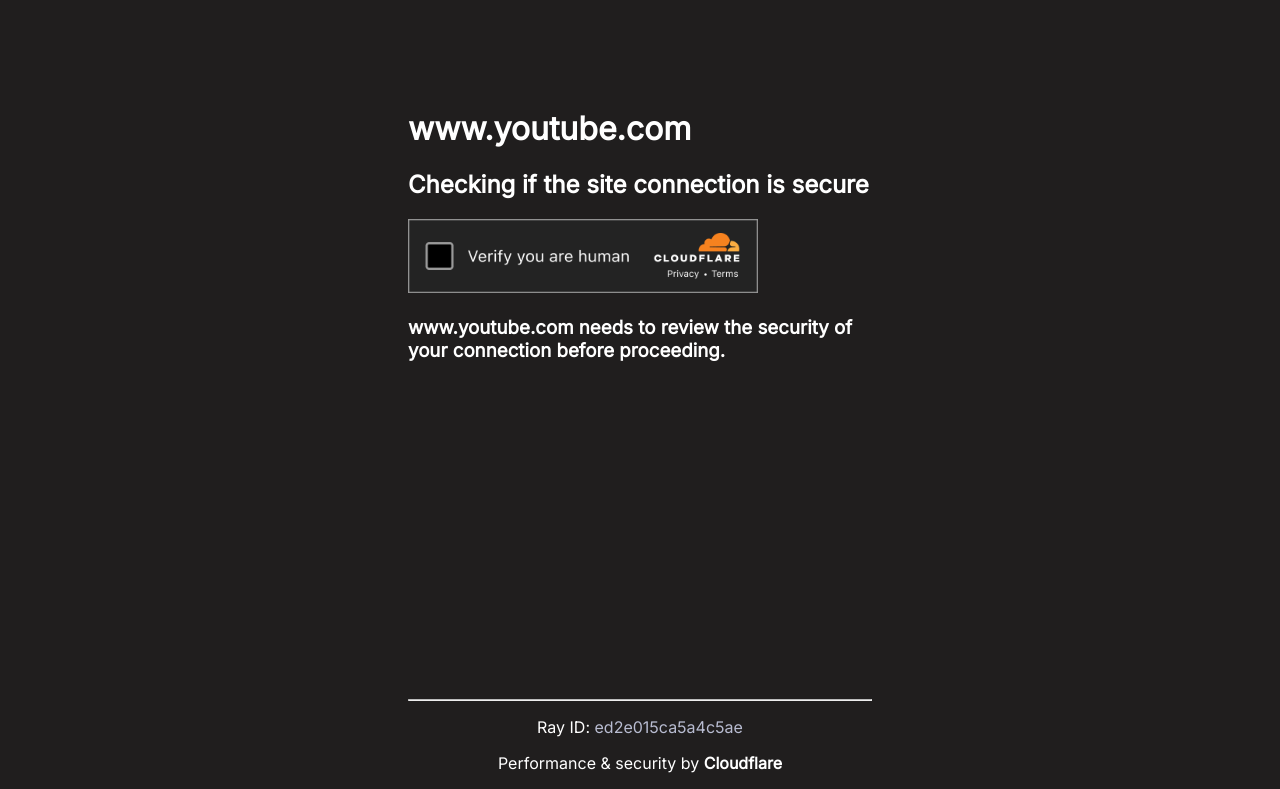
Repository: estech321/CAPTCHA-RickRoll
Page: index.html
An editor plug-in stored every save of this project. The page is shown before and after the next save, followed by the edit.
The browser window is 1280 px wide. The pictures show the whole page.

Above is the page before, as saved 2023-12-29 23:59:02.

### index.html
<!DOCTYPE html>
<html>
<head>
    <meta charset="UTF-8" />
    <title>Just a moment...</title>
    <link rel="preconnect" href="https://fonts.googleapis.com">
    <link rel="preconnect" href="https://fonts.gstatic.com" crossorigin>
    <link href="https://fonts.googleapis.com/css2?family=Inter&display=swap" rel="stylesheet">
    <style>
        body {
            font-family: 'Inter', sans-serif;
            color: rgb(255, 255, 255);
            background-color: #201E1E;
            padding-right: 400px;
            padding-left: 400px;
        }
        main {
            padding-top: 80px;
            padding-bottom: 50px;
        }
        footer {
            margin-bottom: 0%;
        }
        blue {
            color: #B8BCD1;
        }
        /* Solid border */
        hr.solid {
        border-top: 1px solid #bbb;
        }
    </style>
</head>
<body>
    <main>
        <h1>www.youtube.com</h1>
        <h2>Checking if the site connection is secure</h2>
        <a href="https://bit.ly/rryt"><img src="verify.png" width="350" height="auto"/></a>
        <h3>www.youtube.com needs to review the security of your connection before proceeding.</h3>
    </main>
    <footer>
        <center>
            <br><br><br><br><br><br><br><br><br><br><br><br><br>
            <hr class="solid">
            <p>Ray ID: <blue>ed2e015ca5a4c5ae</blue></p>
            <p>Performance & security by <strong>Cloudflare</strong></p>
        </center>
    </footer>
</body>
</html>

After the next save:
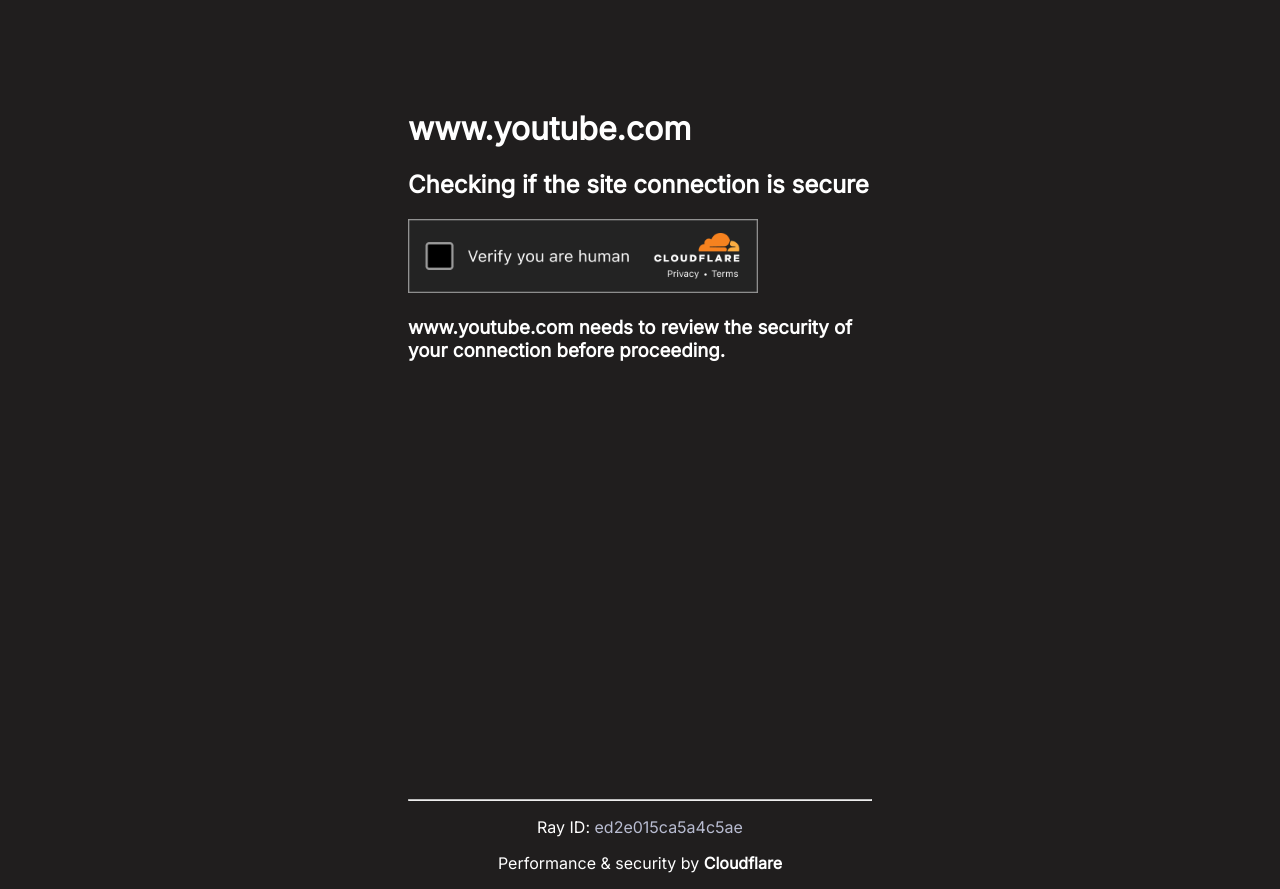
Saved 5 s later.
--- a/index.html
+++ b/index.html
@@ -39,7 +39,7 @@
     </main>
     <footer>
         <center>
-            <br><br><br><br><br><br><br><br><br><br><br><br><br>
+            <br><br><br><br><br><br><br><br><br><br><br><br><br><br><br><br><br><br>
             <hr class="solid">
             <p>Ray ID: <blue>ed2e015ca5a4c5ae</blue></p>
             <p>Performance & security by <strong>Cloudflare</strong></p>
